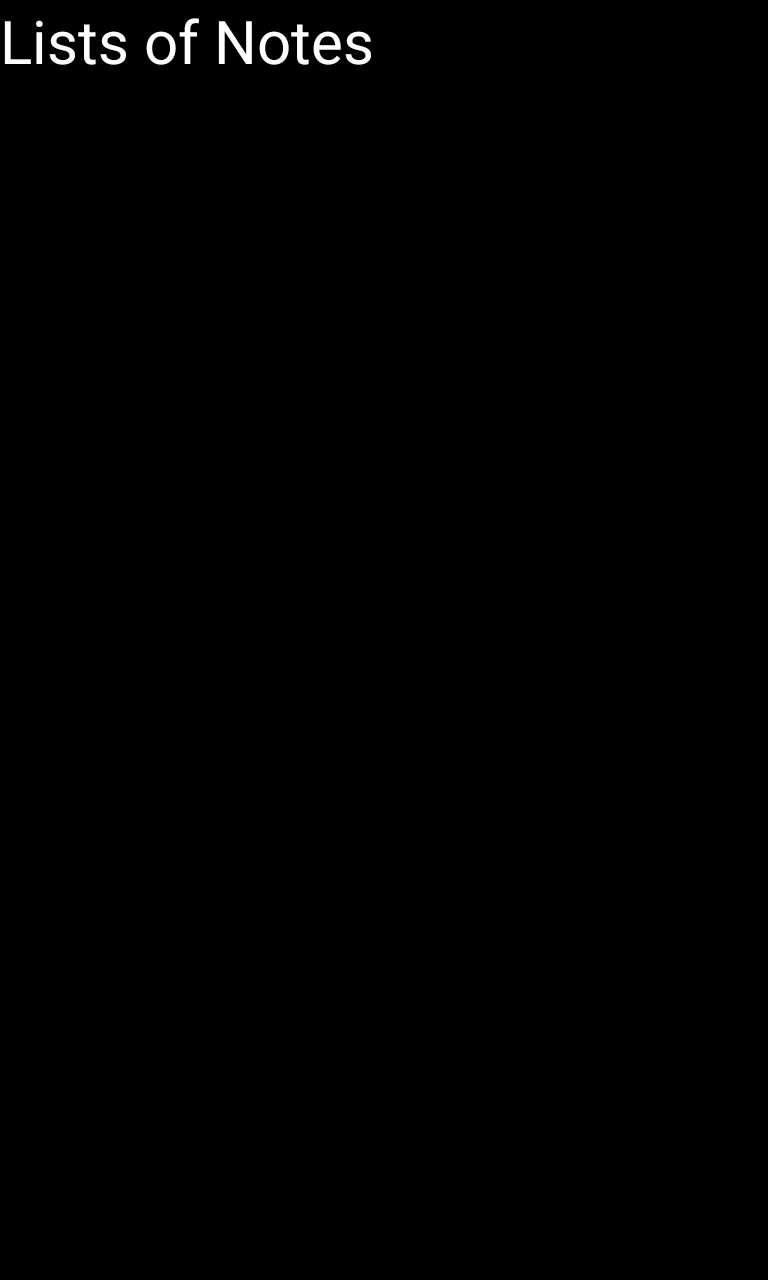
Repository: sandrapatfer/PROMPT11-10-CloudComputing.sandrapatfer
Layout: src/FinalWork/AndroidCloudNotes/AndroidCloudNotes/res/layout/tasklist_list_view.xml
The author's editor kept a copy of each file at every save. The layout is drawn from the files as they stood at one save, then again after the next save.
It is drawn on a 768 x 1280 px phone screen (xhdpi) without system bars, with theme android:Theme; the app's code is not run. Lists and similar views that code fills are empty.

Above is the layout before, as saved 2012-06-03 19:54:32.

After the next save:
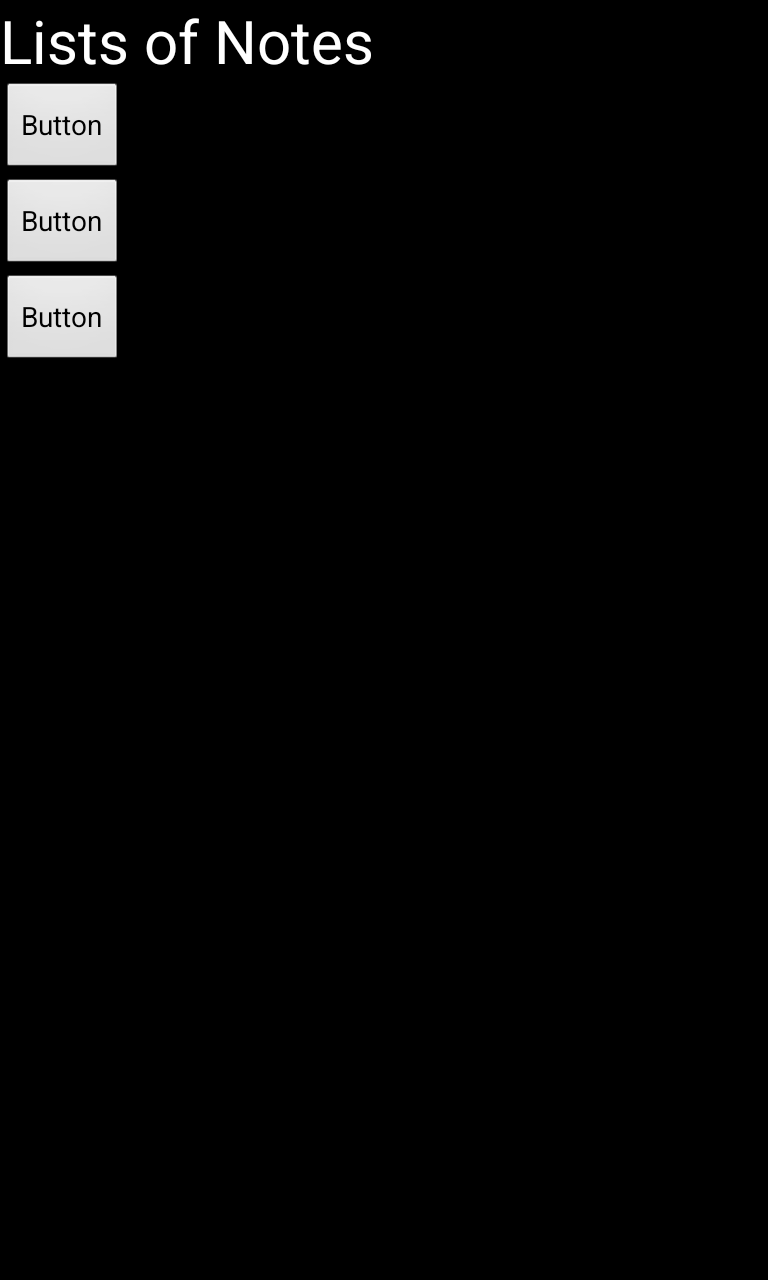
Saved 91 s later.
--- a/src/FinalWork/AndroidCloudNotes/AndroidCloudNotes/res/layout/tasklist_list_view.xml
+++ b/src/FinalWork/AndroidCloudNotes/AndroidCloudNotes/res/layout/tasklist_list_view.xml
@@ -3,6 +3,8 @@
     android:layout_width="match_parent"
     android:layout_height="match_parent"
     android:orientation="vertical" >
+
+
 
 
 
@@ -14,7 +16,13 @@
         android:layout_height="wrap_content"
         android:text="@string/tasklist_title"
         android:textAppearance="?android:attr/textAppearanceLarge"
-        android:textSize="30" />
+        android:textSize="60px" />
+
+    <Button
+        android:id="@+id/button3"
+        android:layout_width="wrap_content"
+        android:layout_height="wrap_content"
+        android:text="Button" />
 
     <ListView
         android:id="@+id/tasklist_view"
@@ -22,4 +30,16 @@
         android:layout_height="wrap_content" >
     </ListView>
 
+    <Button
+        android:id="@+id/button1"
+        android:layout_width="wrap_content"
+        android:layout_height="wrap_content"
+        android:text="Button" />
+
+    <Button
+        android:id="@+id/button2"
+        android:layout_width="wrap_content"
+        android:layout_height="wrap_content"
+        android:text="Button" />
+
 </LinearLayout>
